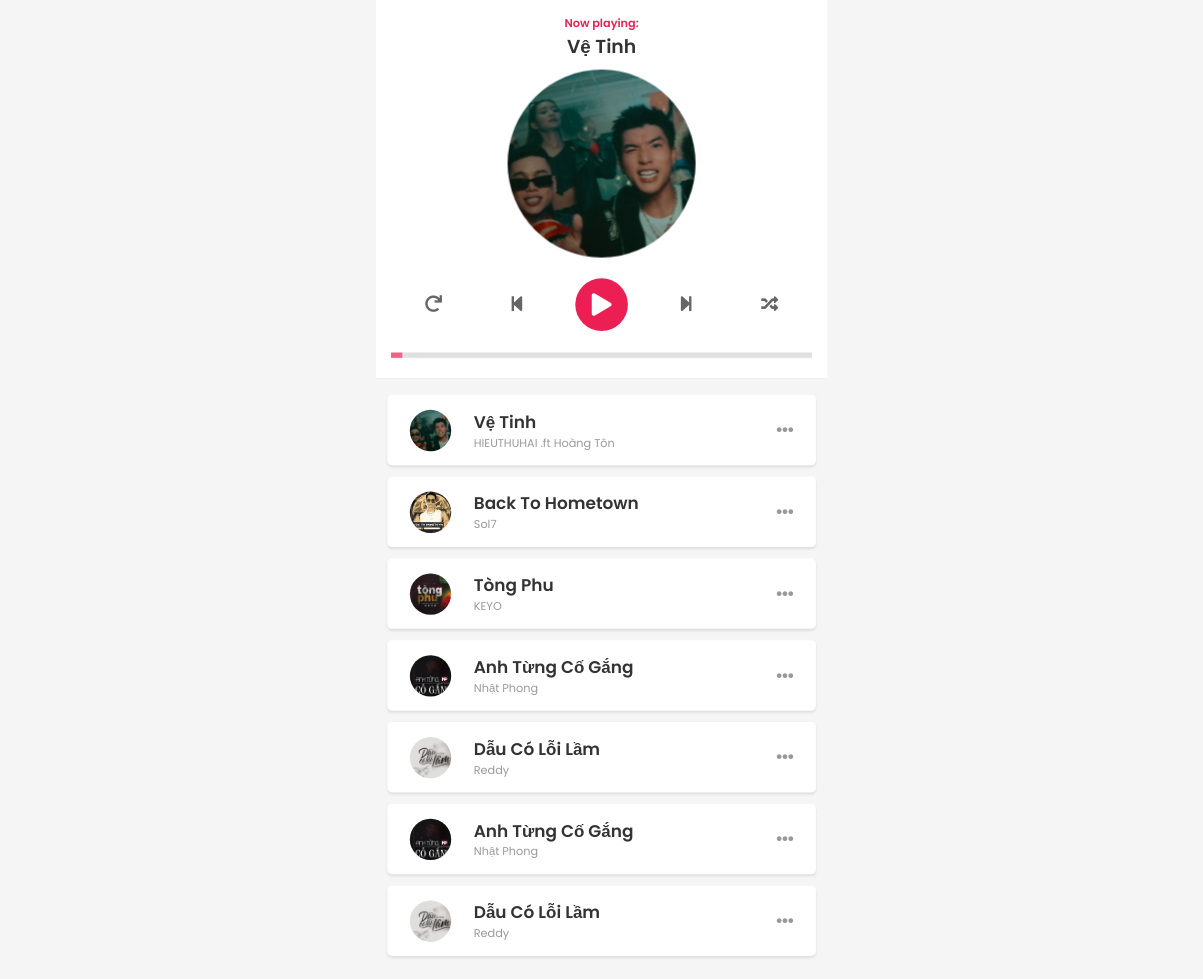
Repository: ynguyen1512/music-player
Page: index.html
The author's editor kept a copy of each file at every save. The page is drawn from the files as they stood at one save, then again after the next save.
The browser window is 1280 px wide. The pictures show the whole page, at 94% of full size.

Above is the page before, as saved 2022-09-26 19:14:50.

After the next save:
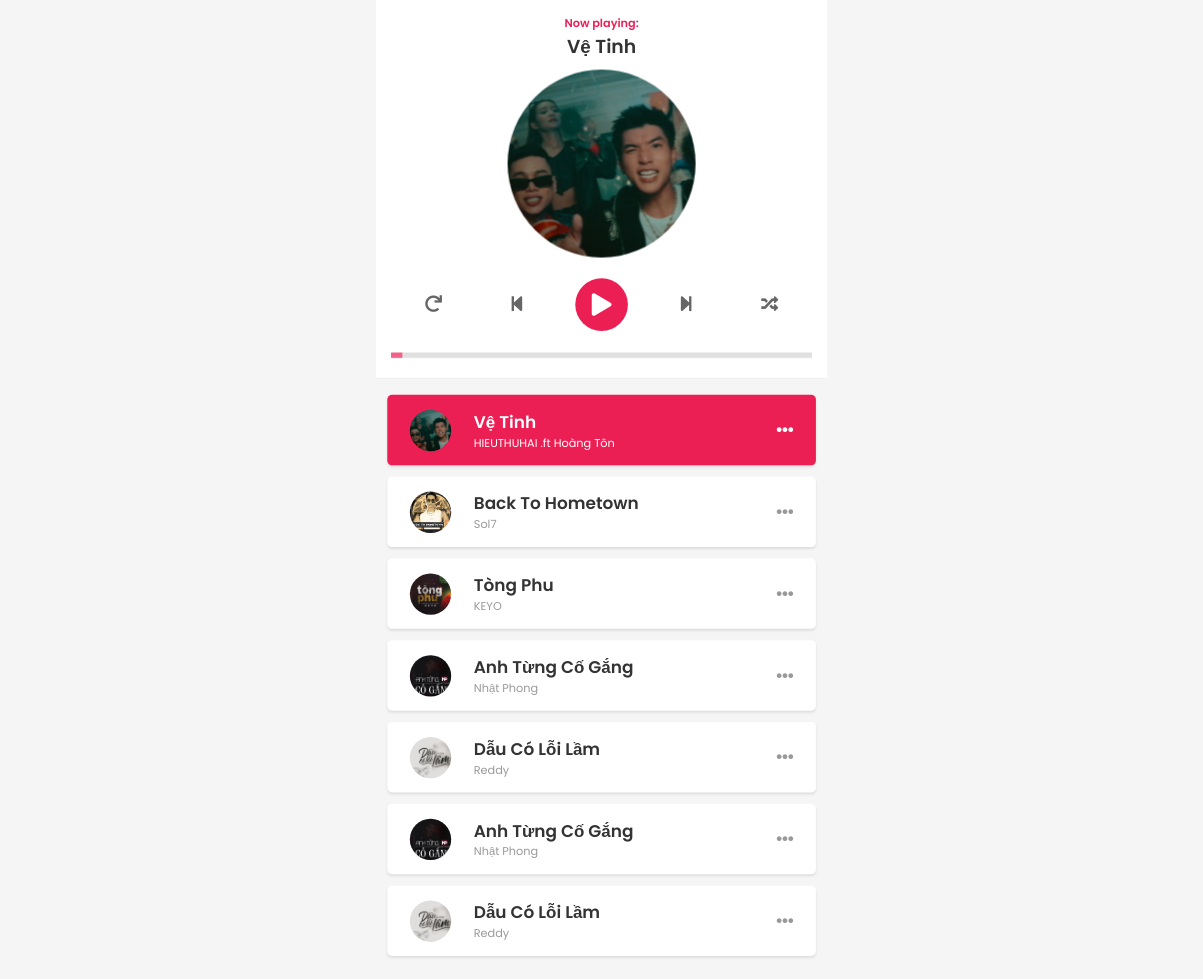
Saved 2 min 21 s later.
--- a/index.html
+++ b/index.html
@@ -120,9 +120,9 @@
         }
       ],
       render: function() {
-        const htmls = this.songs.map(song => {
+        const htmls = this.songs.map((song,index) => {
           return `
-              <div class="song">
+              <div class="song ${index === this.currentIndex ? 'active' : ''}">
                 <div class="thumb"
                   style="background-image: url('${song.image}')">
                 </div>
